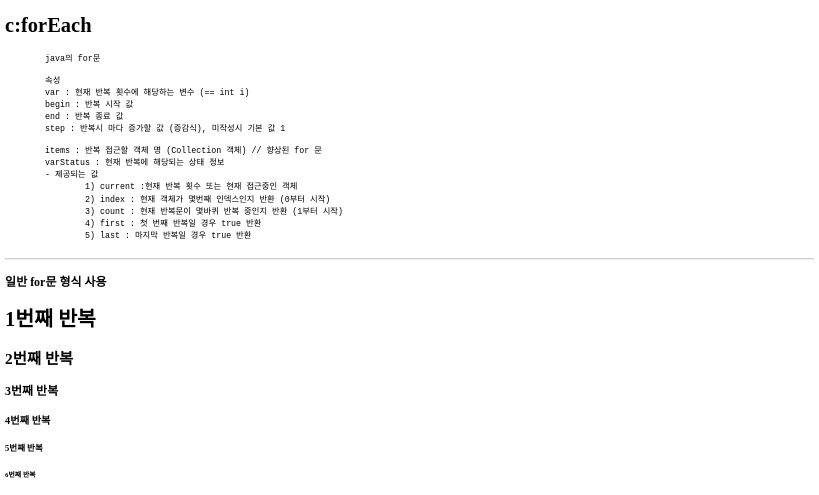
Repository: Seenee-Shin/servlet-jsp
Page: http://localhost/JSPProject/06_JSTL_2.jsp
An editor plug-in stored every save of this project. The page is shown before and after the next save, followed by the edit.
The browser window is 1280 px wide. The pictures show the whole page, at 64% of full size.
The page is served by Tomcat 9. Other server files are loaded and not shown.

Above is the page before, as saved 2021-11-30 02:47:46.

### JSPProject/src/main/webapp/06_JSTL_2.jsp
<%@ page language="java" contentType="text/html; charset=UTF-8" pageEncoding="UTF-8"%>
<%@ taglib prefix="c" uri="http://java.sun.com/jsp/jstl/core"%>
<!DOCTYPE html>
<html lang="ko">
<head>
	<meta charset="UTF-8">
	<meta name="viewport" content="width=device-width, initial-scale=1.0">
	<title>06.JSTL - c:forEach</title>
</head>
<body>
	<h1> c:forEach</h1>
	<pre>
	java의 for문

	속성
	var : 현재 반복 횟수에 해당하는 변수 (== int i)
	begin : 반복 시작 값
	end : 반복 종료 값
	step : 반복시 마다 증가할 값 (증감식), 미작성시 기본 값 1

	items : 반복 접근할 객체 명 (Collection 객체) // 향상된 for 문
	varStatus : 현재 반복에 해당되는 상태 정보
	- 제공되는 값
		1) current :현재 반복 횟수 또는 현재 접근중인 객체
		2) index : 현재 객체가 몇번째 인덱스인지 반환 (0부터 시작)
		3) count : 현재 반복문이 몇바퀴 반복 중인지 반환 (1부터 시작)
		4) first : 첫 번째 반복일 경우 true 반환
		5) last : 마지막 반복일 경우 true 반환
	</pre>

	<hr>
	<h3>일반 for문 형식 사용 </h3>
	<c:forEach var="i" begin="1" end="6" >
	<h${i}>${i}번째 반복</h${i}>
	</c:forEach>
</body>
</html>

After the next save:
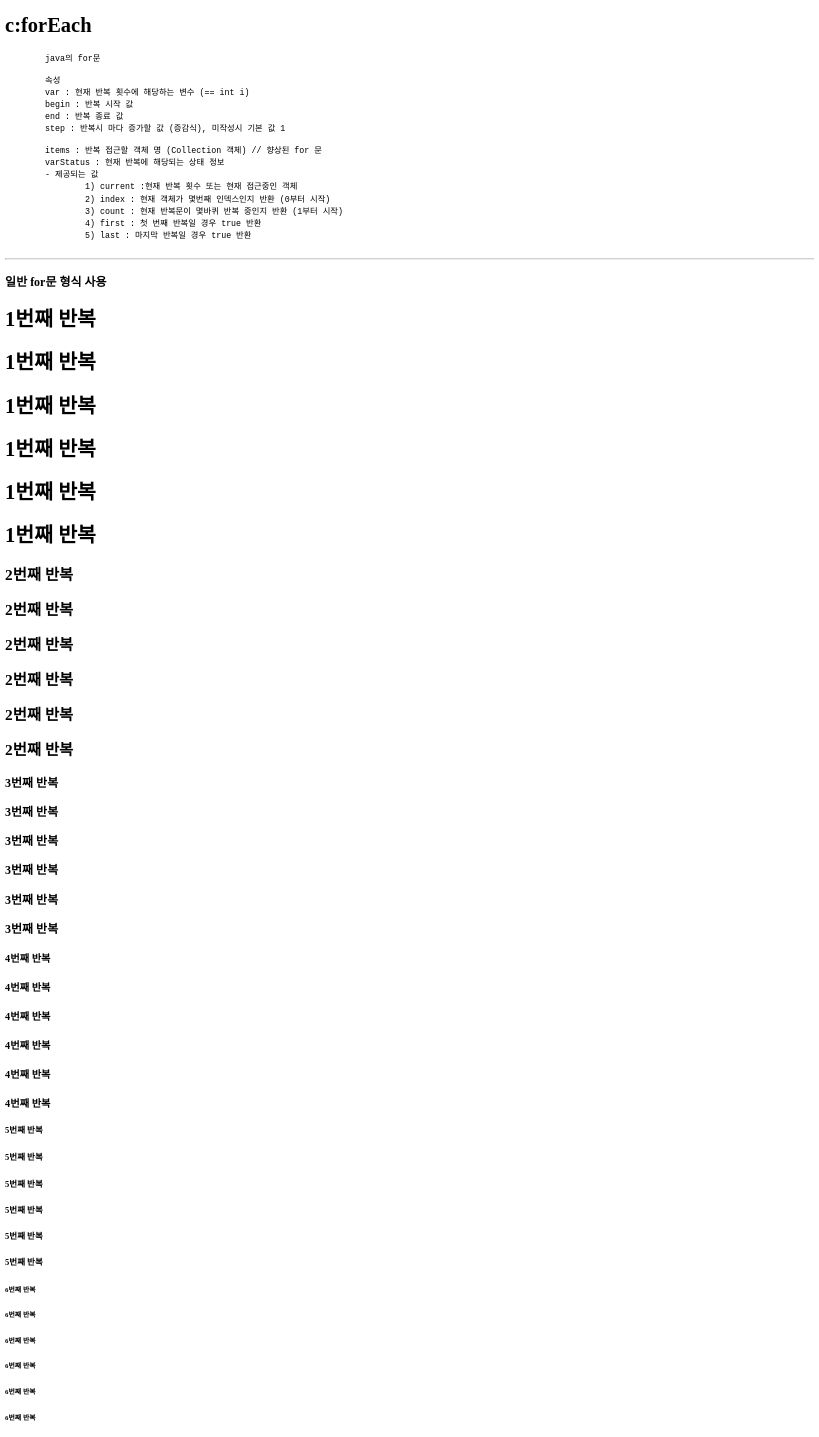
Saved 6 s later.
--- a/JSPProject/src/main/webapp/06_JSTL_2.jsp
+++ b/JSPProject/src/main/webapp/06_JSTL_2.jsp
@@ -32,6 +32,11 @@
 	<h3>일반 for문 형식 사용 </h3>
 	<c:forEach var="i" begin="1" end="6" >
 	<h${i}>${i}번째 반복</h${i}>
+	<h${i}>${i}번째 반복</h${i}>
+	<h${i}>${i}번째 반복</h${i}>
+	<h${i}>${i}번째 반복</h${i}>
+	<h${i}>${i}번째 반복</h${i}>
+	<h${i}>${i}번째 반복</h${i}>
 	</c:forEach>
 </body>
 </html>

After the save that followed:
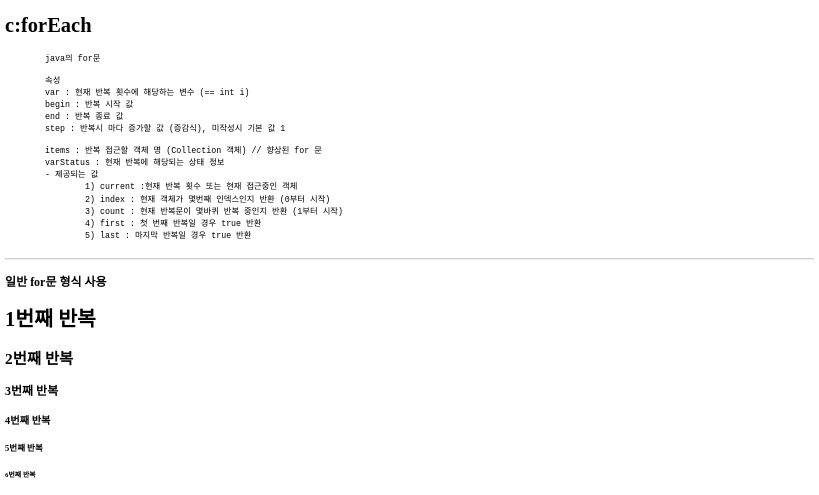
Saved 52 s later.
--- a/JSPProject/src/main/webapp/06_JSTL_2.jsp
+++ b/JSPProject/src/main/webapp/06_JSTL_2.jsp
@@ -32,11 +32,6 @@
 	<h3>일반 for문 형식 사용 </h3>
 	<c:forEach var="i" begin="1" end="6" >
 	<h${i}>${i}번째 반복</h${i}>
-	<h${i}>${i}번째 반복</h${i}>
-	<h${i}>${i}번째 반복</h${i}>
-	<h${i}>${i}번째 반복</h${i}>
-	<h${i}>${i}번째 반복</h${i}>
-	<h${i}>${i}번째 반복</h${i}>
 	</c:forEach>
 </body>
 </html>
